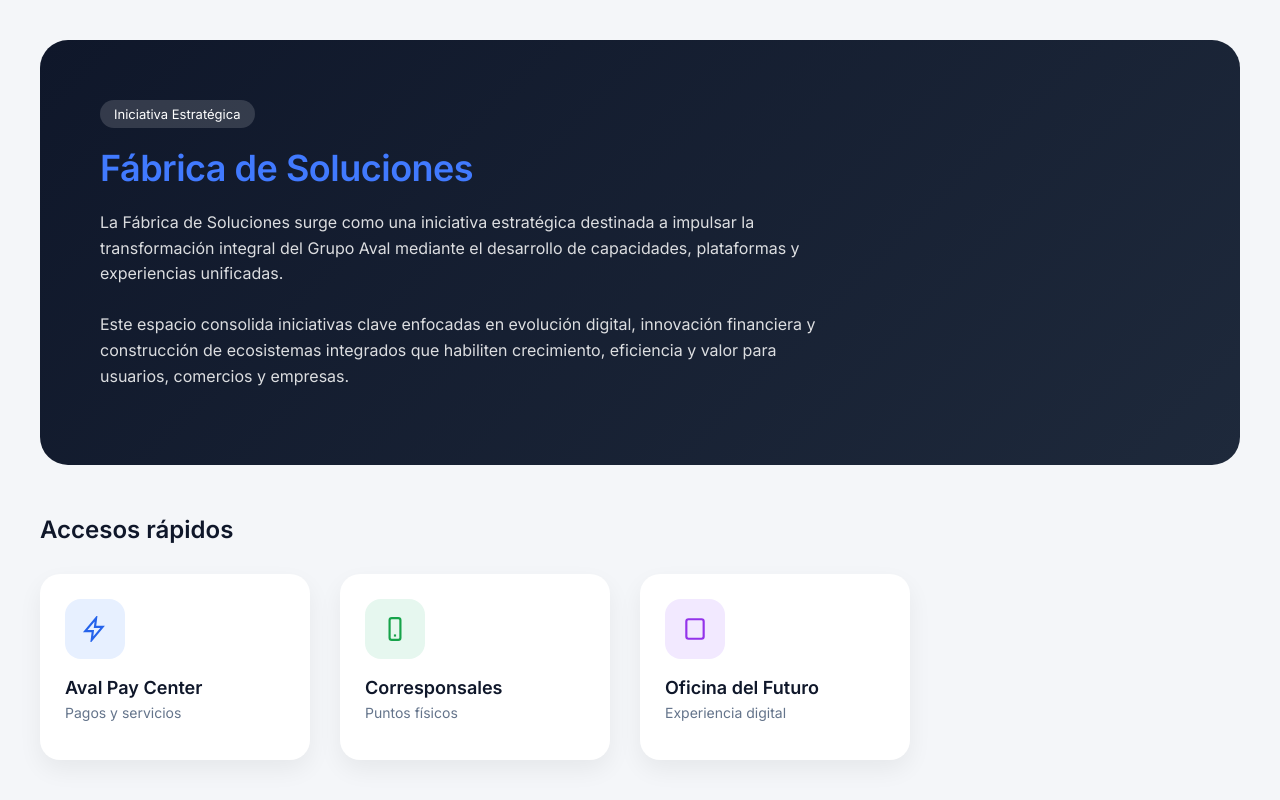
Repository: dalcava/Prototipos-Oficinas-del-futuro
Page: index.html
These files come from the project's save history. The page is drawn as it stood at one moment and after the next save; the edit follows.
The browser window is 1280 px wide. The pictures show the whole page.

Above is the page before, as saved 2026-02-13 00:13:30.

### index.html
<!doctype html>
<html lang="es">
<head>
<meta charset="utf-8" />
<meta name="viewport" content="width=device-width, initial-scale=1" />
<title>Home</title>
<div class="hero">
  <div class="hero-badge">Iniciativa Estratégica</div>
  <h1>Fábrica de Soluciones</h1>
  <p>
    La Fábrica de Soluciones surge como una iniciativa estratégica destinada a impulsar
    la transformación integral del Grupo Aval mediante el desarrollo de capacidades,
    plataformas y experiencias unificadas.
    <br><br>
    Este espacio consolida iniciativas clave enfocadas en evolución digital, innovación
    financiera y construcción de ecosistemas integrados que habiliten crecimiento,
    eficiencia y valor para usuarios, comercios y empresas.
  </p>
</div>


<link href="https://fonts.googleapis.com/css2?family=Inter:wght@400;600&display=swap" rel="stylesheet">

<style>
  body {
    margin: 0;
    font-family: 'Inter', sans-serif;
    background: #f4f6f9;
    padding: 40px;
  }

  h2 {
    margin-bottom: 30px;
    color: #0f172a;
  }

  .hero {
    background: linear-gradient(135deg, #0f172a, #1e293b);
    color: white;
    padding: 60px;
    border-radius: 28px;
    margin-bottom: 50px;
    position: relative;
    overflow: hidden;
  }

  .hero h1 {
    margin: 0 0 20px 0;
    font-size: 36px;
    font-weight: 600;
    letter-spacing: -0.5px;
    color: #417aff;
  }

  .hero p {
    max-width: 720px;
    font-size: 16px;
    line-height: 1.6;
    opacity: 0.85;
  }

  .hero-badge {
    display: inline-block;
    background: rgba(255,255,255,0.15);
    padding: 6px 14px;
    border-radius: 20px;
    font-size: 13px;
    margin-bottom: 18px;
  }


  .cards {
    display: flex;
    gap: 30px;
    flex-wrap: wrap;
  }

  .card {
    background: white;
    border-radius: 20px;
    padding: 25px;
    width: 220px;
    cursor: pointer;
    transition: all 0.25s ease;
    box-shadow: 0 10px 25px rgba(0, 0, 0, 0.06);
  }

  .card:hover {
    transform: translateY(-6px);
    box-shadow: 0 18px 35px rgba(0, 0, 0, 0.1);
  }

  .icon-box {
    width: 60px;
    height: 60px;
    border-radius: 16px;
    display: flex;
    align-items: center;
    justify-content: center;
    margin-bottom: 18px;
  }

  .icon-blue { background: #e7f0ff; }
  .icon-green { background: #e6f7ef; }
  .icon-purple { background: #f2e9ff; }

  .card h3 {
    margin: 0;
    font-size: 18px;
    font-weight: 600;
    color: #0f172a;
  }

  .card p {
    margin-top: 6px;
    font-size: 14px;
    color: #64748b;
  }

  svg {
    width: 26px;
    height: 26px;
  }

</style>
</head>

<body>

<h2>Accesos rápidos</h2>

<div class="cards">

  <!-- Aval Pay Center -->
  <div class="card" onclick="ir('aval-pay-center.html')">
    <div class="icon-box icon-blue">
      <!-- Icono rayo -->
      <svg fill="none" stroke="#2563eb" stroke-width="2" viewBox="0 0 24 24">
        <path d="M13 2L3 14h7l-1 8 10-12h-7l1-8z"/>
      </svg>
    </div>
    <h3>Aval Pay Center</h3>
    <p>Pagos y servicios</p>
  </div>

  <!-- Corresponsales -->
  <div class="card" onclick="ir('corresponsales.html')">
    <div class="icon-box icon-green">
      <!-- Icono móvil -->
      <svg fill="none" stroke="#16a34a" stroke-width="2" viewBox="0 0 24 24">
        <rect x="7" y="2" width="10" height="20" rx="2"/>
        <line x1="11" y1="18" x2="13" y2="18"/>
      </svg>
    </div>
    <h3>Corresponsales</h3>
    <p>Puntos físicos</p>
  </div>

  <!-- Oficina del Futuro -->
  <div class="card" onclick="ir('oficina-del-futuro.html')">
    <div class="icon-box icon-purple">
      <!-- Icono edificio -->
      <svg fill="none" stroke="#9333ea" stroke-width="2" viewBox="0 0 24 24">
        <rect x="4" y="3" width="16" height="18" rx="2"/>
        <line x1="8" y1="7" x2="8" y2="7"/>
        <line x1="12" y1="7" x2="12" y2="7"/>
        <line x1="16" y1="7" x2="16" y2="7"/>
      </svg>
    </div>
    <h3>Oficina del Futuro</h3>
    <p>Experiencia digital</p>
  </div>

</div>

<script>
  function ir(pagina) {
    window.location.href = pagina;
  }
</script>

</body>
</html>

After the next save:
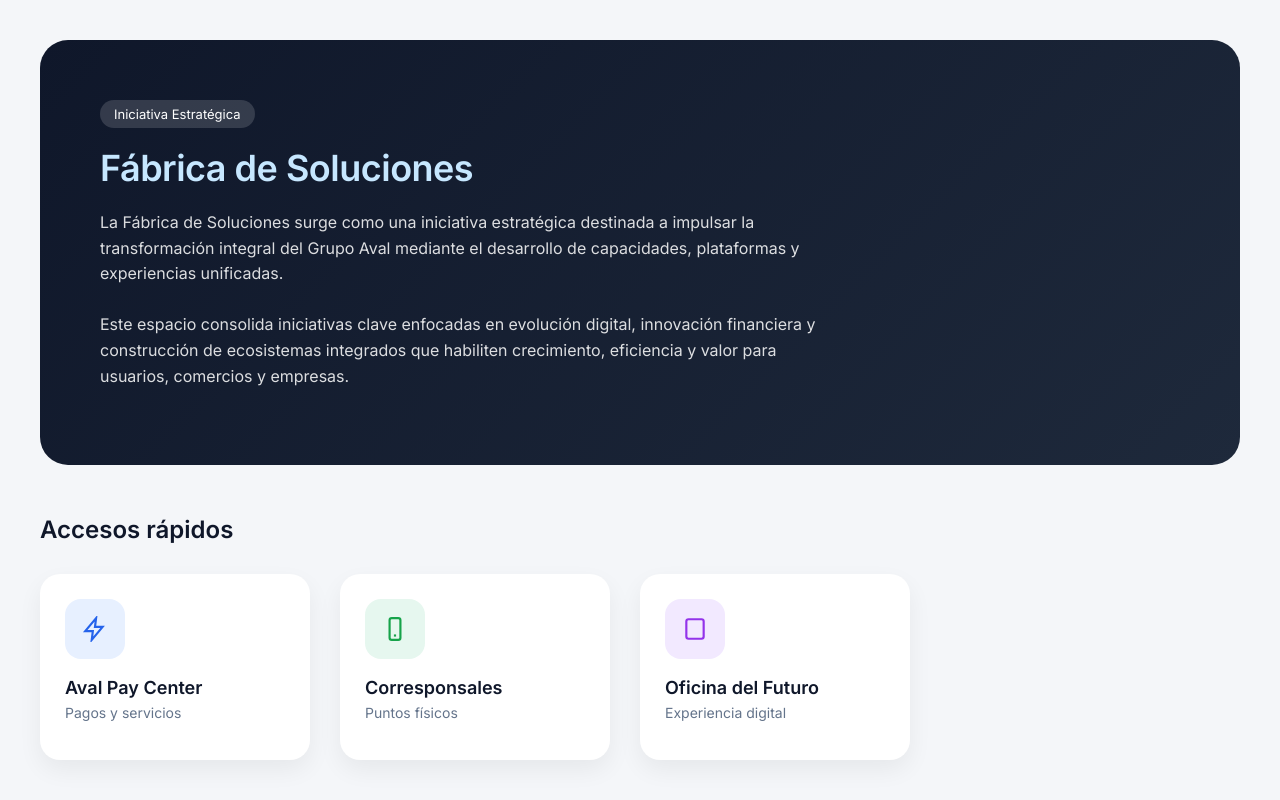
Saved 26 s later.
--- a/index.html
+++ b/index.html
@@ -49,7 +49,7 @@
     font-size: 36px;
     font-weight: 600;
     letter-spacing: -0.5px;
-    color: #417aff;
+    color: #C6E7FF;
   }
 
   .hero p {
